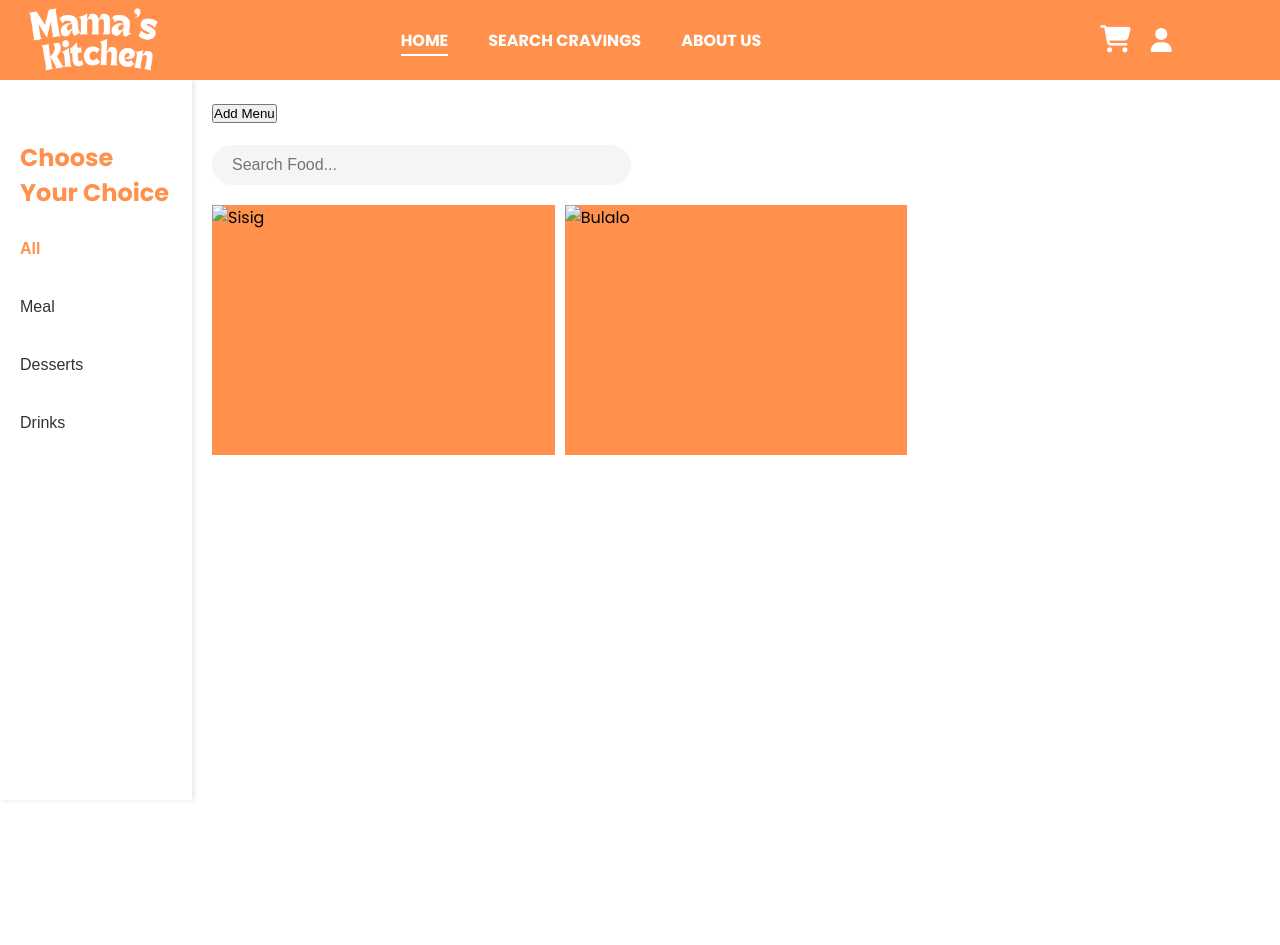
Repository: KarlBautista/mamaskitchen
Page: /adminMenu (app in frontend/)
The author's editor kept a copy of each file at every save. The page is drawn from the files as they stood at one save, then again after the next save.
The browser window is 1280 px wide. The pictures show the whole page.
The page's requests for data from a server got no answer. Some web fonts or font styles are not loaded; a fallback is used. Some web libraries are served in a nearby version. The project was rebuilt for these pictures with package versions that can differ from the ones it lists, and the page was loaded fresh each time. Some packages were replaced by stand-ins written for this rebuild. No one was signed in, and anything a server would have sent is missing. Also part of the build but not shown: frontend/src/components/VideoPlatform.jsx, frontend/src/components/Home.jsx, frontend/src/components/Register.jsx, frontend/src/components/SearchCravings.jsx, frontend/src/components/AboutUs.jsx, frontend/src/components/Login.jsx, frontend/src/styles/profile.css, frontend/src/components/Profile.jsx and 3 more. Imported but missing from the stored project, and not drawn on this page: frontend/src/videos/Landing-Video.mp4, frontend/src/videos/jollibee-1.mp4.

Above is the page before, as saved 2025-01-03 23:12:11.
Not found: bulalo.webp
Not found: sisig.webp

After the next save:
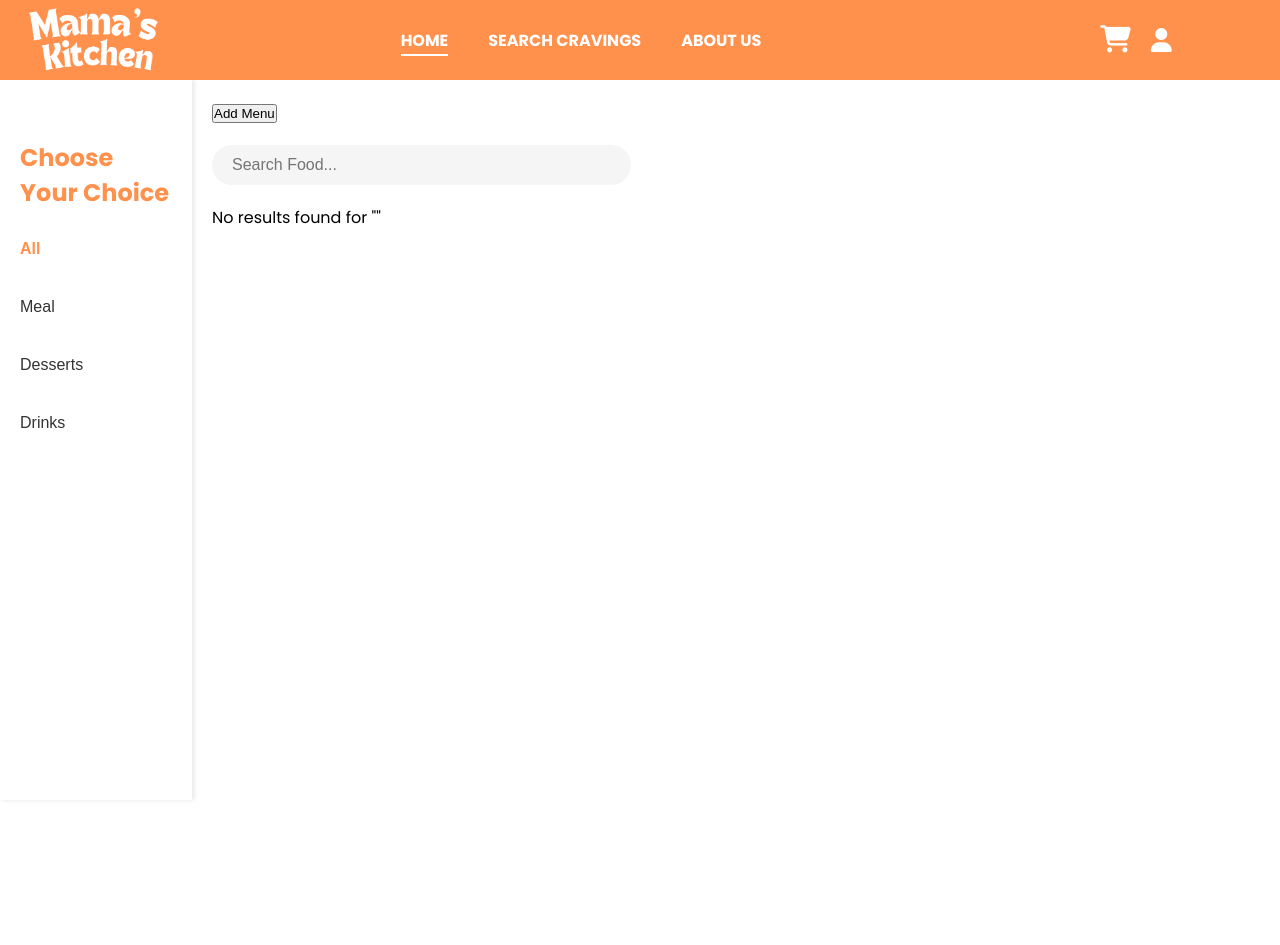
Saved 37 s later.
--- a/frontend/src/components/adminMenu.jsx
+++ b/frontend/src/components/adminMenu.jsx
@@ -4,92 +4,24 @@ import axios from "axios";
 import "../styles/search-cravings.css";
 import Swal from "sweetalert2";
 
-// Example food items (replace this with your API or state)
-const foodItems = [
-  { id: 1, name: "Sisig", price: 120, category: "Meal", image: "sisig.webp" },
-  { id: 2, name: "Bulalo", price: 250, category: "Meal", image: "bulalo.webp" },
-  // Add more items as needed
-];
-
 const AdminMenu = () => {
-  const [menuItems, setMenuItems] = useState(foodItems);
+  const [menuItems, setMenuItems] = useState([]);
   const [searchQuery, setSearchQuery] = useState("");
   const [selectedCategory, setSelectedCategory] = useState("All");
 
-  // Add Menu function (Example implementation)
-  const handleAddMenu = () => {
-    Swal.fire({
-      title: "Add Menu Item",
-      html: `
-        <input id="name" class="swal2-input" placeholder="Name">
-        <input id="price" type="number" class="swal2-input" placeholder="Price">
-        <input id="category" class="swal2-input" placeholder="Category">
-        <input id="image" class="swal2-input" placeholder="Image URL">
-      `,
-      showCancelButton: true,
-      confirmButtonText: "Add",
-      preConfirm: () => {
-        const name = document.getElementById("name").value;
-        const price = document.getElementById("price").value;
-        const category = document.getElementById("category").value;
-        const image = document.getElementById("image").value;
+  // Fetch food items from the backend
+  useEffect(() => {
+    const fetchFoods = async () => {
+      try {
+        const response = await axios.get("http://localhost:8800/foods");
+        setMenuItems(response.data);
+      } catch (err) {
+        console.error("Error fetching food items:", err);
+      }
+    };
 
-        if (!name || !price || !category || !image) {
-          Swal.showValidationMessage("All fields are required!");
-          return null;
-        }
-        return { name, price: parseFloat(price), category, image };
-      },
-    }).then((result) => {
-      if (result.isConfirmed) {
-        const newMenuItem = { id: Date.now(), ...result.value };
-        setMenuItems([...menuItems, newMenuItem]);
-        Swal.fire("Success", "Menu item added!", "success");
-      }
-    });
-  };
-
-  // Delete Menu function
-  const handleDelete = (id) => {
-    setMenuItems(menuItems.filter((item) => item.id !== id));
-    Swal.fire("Deleted!", "The menu item has been deleted.", "success");
-  };
-
-  // Update Menu function
-  const handleUpdate = (item) => {
-    Swal.fire({
-      title: "Update Menu Item",
-      html: `
-        <input id="name" class="swal2-input" placeholder="Name" value="${item.name}">
-        <input id="price" type="number" class="swal2-input" placeholder="Price" value="${item.price}">
-        <input id="category" class="swal2-input" placeholder="Category" value="${item.category}">
-        <input id="image" class="swal2-input" placeholder="Image URL" value="${item.image}">
-      `,
-      showCancelButton: true,
-      confirmButtonText: "Update",
-      preConfirm: () => {
-        const name = document.getElementById("name").value;
-        const price = document.getElementById("price").value;
-        const category = document.getElementById("category").value;
-        const image = document.getElementById("image").value;
-
-        if (!name || !price || !category || !image) {
-          Swal.showValidationMessage("All fields are required!");
-          return null;
-        }
-        return { name, price: parseFloat(price), category, image };
-      },
-    }).then((result) => {
-      if (result.isConfirmed) {
-        setMenuItems(
-          menuItems.map((menuItem) =>
-            menuItem.id === item.id ? { ...menuItem, ...result.value } : menuItem
-          )
-        );
-        Swal.fire("Success", "Menu item updated!", "success");
-      }
-    });
-  };
+    fetchFoods();
+  }, []);
 
   // Filtered menu items
   const filteredFoods = menuItems.filter((item) => {
@@ -121,7 +53,7 @@ const AdminMenu = () => {
       </div>
       <div className="main-container">
         <div className="add-menu">
-          <button className="add-menu-btn" onClick={handleAddMenu}>
+          <button className="add-menu-btn">
             Add Menu
           </button>
         </div>
@@ -138,22 +70,10 @@ const AdminMenu = () => {
             filteredFoods.map((food) => (
               <CSSTransition key={food.id} timeout={300} classNames="card">
                 <div className="card-foods">
-                  <img src={food.image} alt={food.name} />
+                  <img src={food.image_url} alt={food.name} />
                   <div className="card-details">
                     <p className="dish-name">{food.name}</p>
                     <p className="dish-price">₱{food.price}</p>
-                    <button
-                      className="delete-menu-btn"
-                      onClick={() => handleDelete(food.id)}
-                    >
-                      Delete
-                    </button>
-                    <button
-                      className="update-menu-btn"
-                      onClick={() => handleUpdate(food)}
-                    >
-                      Update
-                    </button>
                   </div>
                 </div>
               </CSSTransition>
